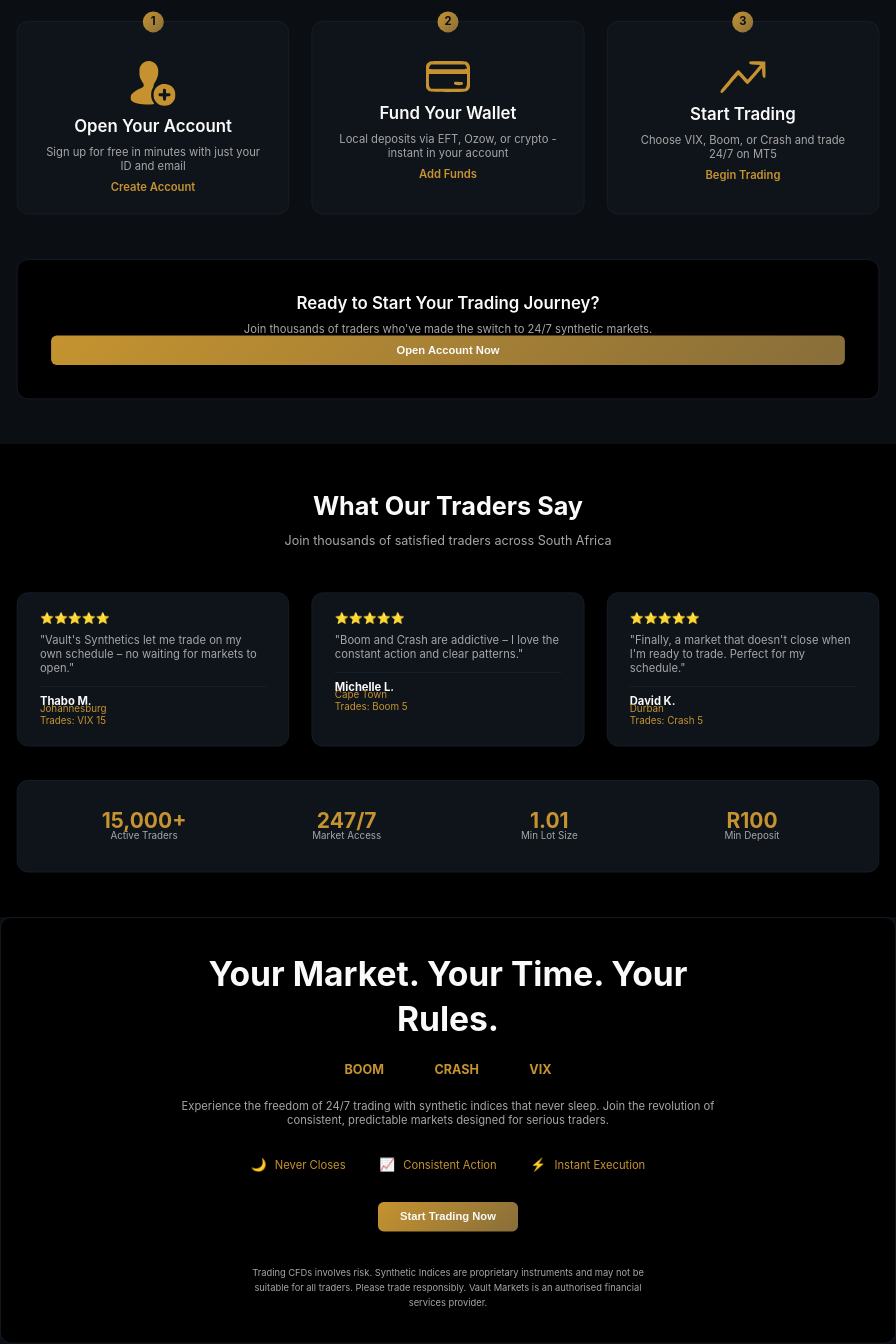
Repository: Jacques-Jaki-Morkel/VaultMarkets_Synthetics
Page: wp-copy/index.HTML
An editor plug-in stored every save of this project. The page is shown before and after the next save, followed by the edit.
The browser window is 1280 px wide. The pictures show the part of the page from y = 2705 to 4625 px (the page is 4625 px tall before and 4527 px after), at 70% of full size.

Above is the page before, as saved 2025-08-01 14:59:50.

After the next save:
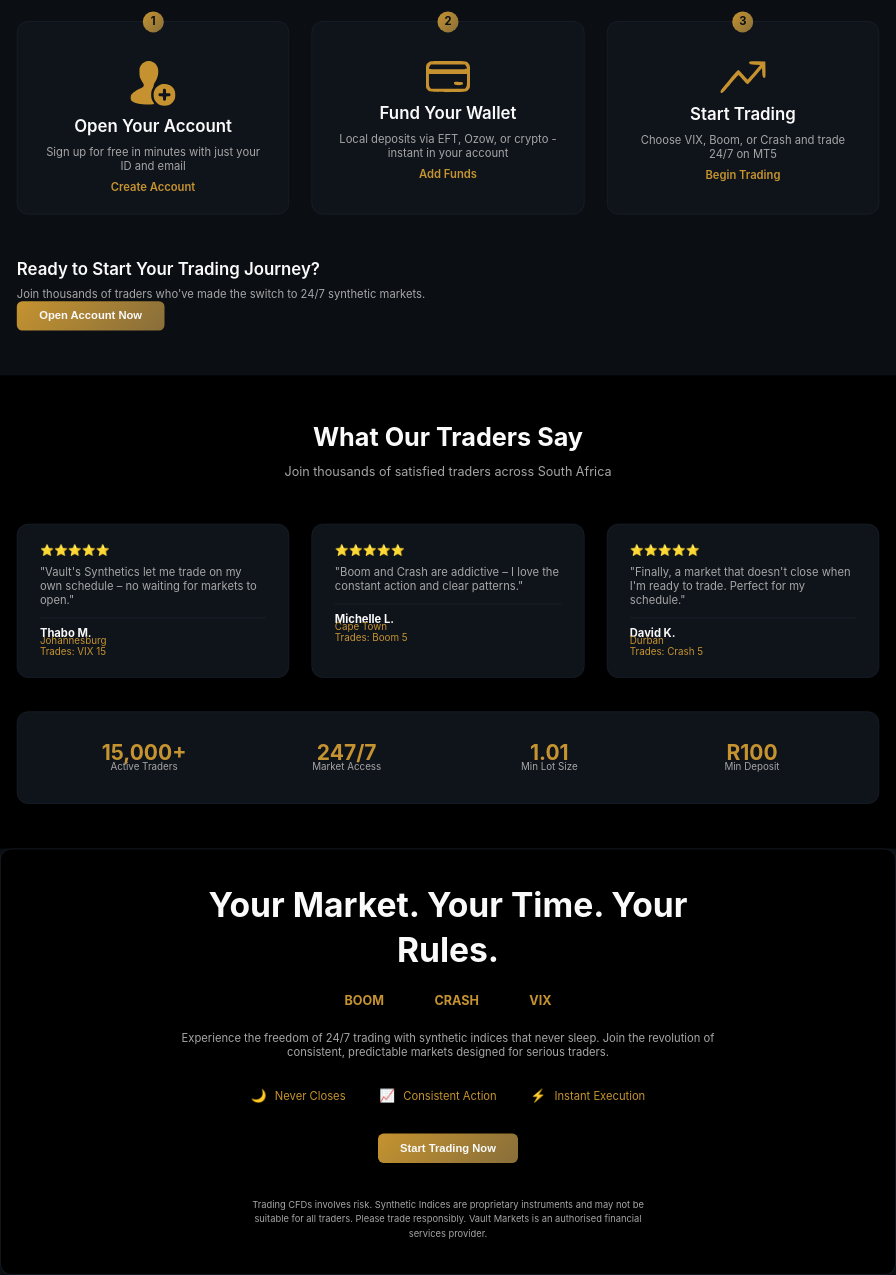
Saved 62 s later.
--- a/wp-copy/index.HTML
+++ b/wp-copy/index.HTML
@@ -223,7 +223,7 @@
                 </div>
             </div>
 
-            <div class="vm-final-cta">
+            <div class="vm-banner-cta">
                 <h3>Ready to Start Your Trading Journey?</h3>
                 <p>Join thousands of traders who've made the switch to 24/7 synthetic markets.</p>
                 <button class="vm-btn vm-btn-primary">Open Account Now</button>
